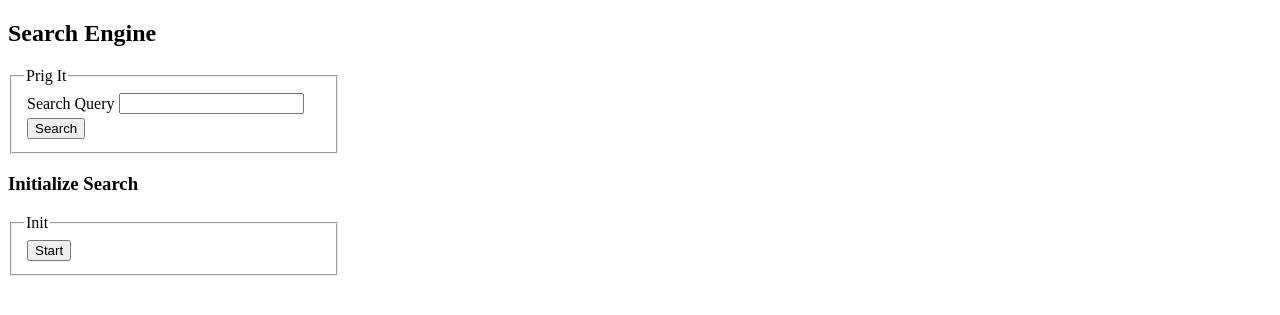
Repository: carlislk/java-SearchEngine
Page: http://localhost/web_search_1/
An editor plug-in stored every save of this project. The page is shown before and after the next save, followed by the edit.
The browser window is 1280 px wide. The pictures show the whole page.
The page is served by Tomcat 9. Other server files are loaded and not shown.

Above is the page before, as saved 2016-03-14 00:42:32.

### web_search_1/WebContent/index.jsp
<%@ page language="java" contentType="text/html; charset=UTF-8"
    pageEncoding="UTF-8"%>
        <%@ taglib uri="http://java.sun.com/jsp/jstl/core" prefix="c" %>

<!DOCTYPE html PUBLIC "-//W3C//DTD HTML 4.01 Transitional//EN" "http://www.w3.org/TR/html4/loose.dtd">
<html>
<head>
<meta http-equiv="Content-Type" content="text/html; charset=UTF-8">
<title>Insert title here</title>
</head>
<body>

<h2> Search Engine</h2>

<form action="searchEngine" method="get">
    <fieldset style="width: 300px">
        <legend> Prig It </legend>
        <table>
            <tr>
                <td>Search Query</td>
                <td><input type="text" name="userQuery" required="required" /></td>
            </tr>
            <tr>
                <td><input type="submit" value="Search" /></td>
            </tr>
        </table>
    </fieldset>
</form>

<c:if test="${empty searchResults}">
 			<h3>Initialize Search</h3>
 			<form action="searchEngine" method="get">
 			<input type="hidden" name="userQuery" value="">
			    <fieldset style="width: 300px">
			        <legend> Init </legend>
			        <table>
			            <tr>
			                <td><input type="submit" value="Start" /></td>
			            </tr>
			        </table>
			    </fieldset>
			</form>
</c:if>
<c:if test="${!empty searchResults}">
	<c:forEach items="${searchResults}" var="result">

		<p><br>
			<a href="${result}">${result}</a>
		</p>

	</c:forEach>
</c:if>





</body>
</html>

After the next save:
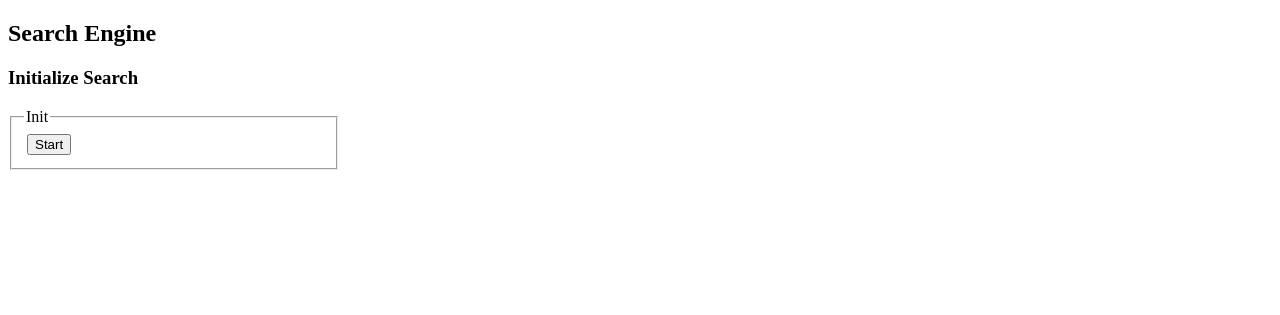
Saved 55 s later.
--- a/web_search_1/WebContent/index.jsp
+++ b/web_search_1/WebContent/index.jsp
@@ -12,6 +12,23 @@
 
 <h2> Search Engine</h2>
 
+<c:if test="${empty searchResults}">
+ 			<h3>Initialize Search</h3>
+ 			<form action="searchEngine" method="get">
+ 			<input type="hidden" name="userQuery" value="">
+			    <fieldset style="width: 300px">
+			        <legend> Init </legend>
+			        <table>
+			            <tr>
+			                <td><input type="submit" value="Start" /></td>
+			            </tr>
+			        </table>
+			    </fieldset>
+			</form>
+</c:if>
+
+
+<c:if test="${!empty searchResults}">
 <form action="searchEngine" method="get">
     <fieldset style="width: 300px">
         <legend> Prig It </legend>
@@ -27,20 +44,8 @@
     </fieldset>
 </form>
 
-<c:if test="${empty searchResults}">
- 			<h3>Initialize Search</h3>
- 			<form action="searchEngine" method="get">
- 			<input type="hidden" name="userQuery" value="">
-			    <fieldset style="width: 300px">
-			        <legend> Init </legend>
-			        <table>
-			            <tr>
-			                <td><input type="submit" value="Start" /></td>
-			            </tr>
-			        </table>
-			    </fieldset>
-			</form>
 </c:if>
+
 <c:if test="${!empty searchResults}">
 	<c:forEach items="${searchResults}" var="result">
 
